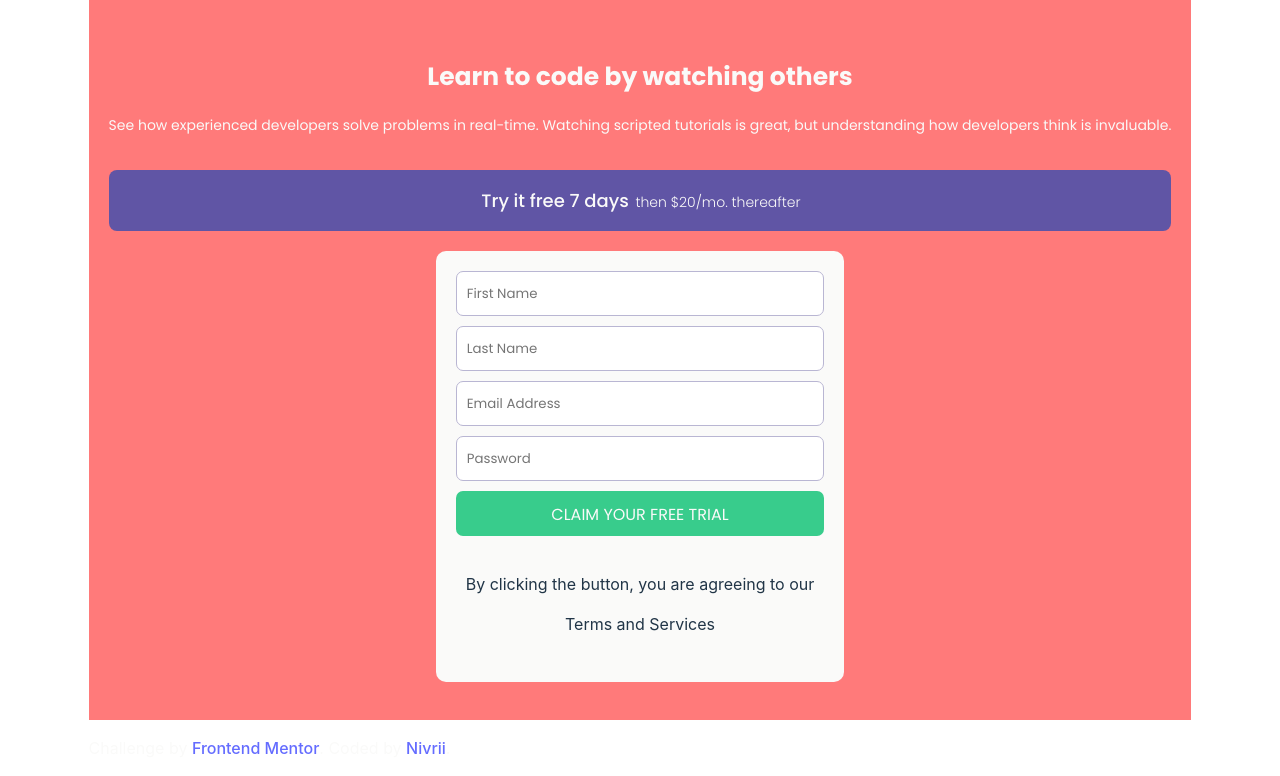
Repository: nivrii/intro-component-with-signup
Page: /
The author's editor kept a copy of each file at every save. The page is drawn from the files as they stood at one save, then again after the next save.
The browser window is 1280 px wide. The pictures show the whole page.
The project was rebuilt for these pictures with package versions that can differ from the ones it lists, and the page was loaded fresh each time. Also part of the build but not shown: vite.config.js.

Above is the page before, as saved 2023-10-12 11:40:23.

After the next save:
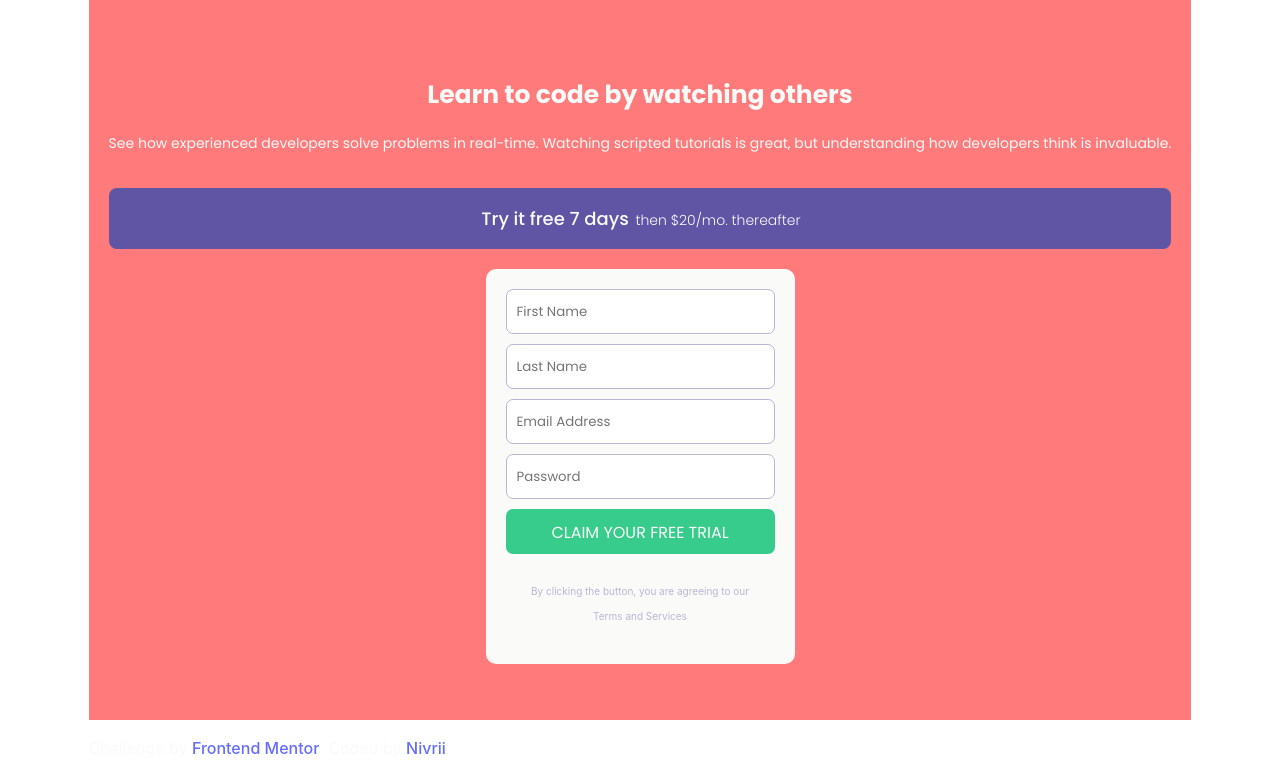
Saved 41 s later.
--- a/src/Form/Form.css
+++ b/src/Form/Form.css
@@ -31,5 +31,9 @@
   & .pWrap{
     padding: 10px;
     text-align: center;
+    & p{
+        font-size: 10px;
+        color:var(--grayish-blue);
+    }
   }
 }
